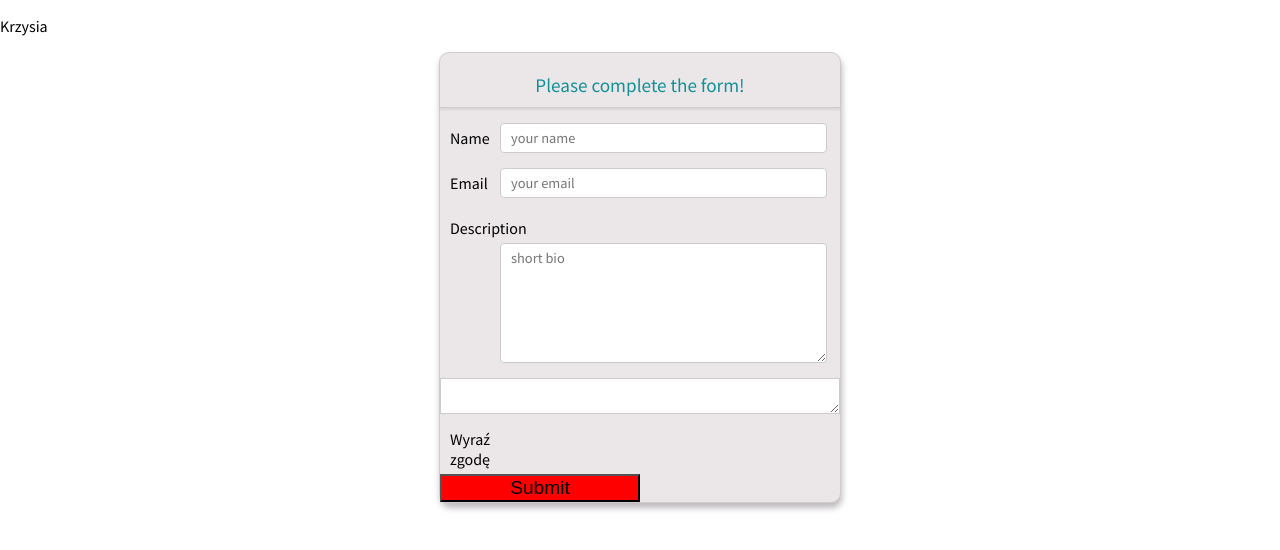
Repository: KrzysKolo/sr_tydzien4_zad2
Page: /
These files come from the project's save history. The page is drawn as it stood at one moment and after a run of saves; the edit follows.
The browser window is 1280 px wide. The pictures show the whole page.
The project was rebuilt for these pictures with package versions that can differ from the ones it lists, and the page was loaded fresh each time. Also part of the build but not shown: src/components/formComponents/ErrorMessage.js, src/components/formComponents/Message.js.

Above is the page before, as saved 2020-11-27 20:51:22.

### src/index.css
@import url("https://fonts.googleapis.com/css?family=Source+Sans+Pro");
body {
  margin: 0;
  font-family: "Source Sans Pro", sans-serif;
}

code {
  font-family: source-code-pro, Menlo, Monaco, Consolas, "Courier New",
    monospace;
}

### src/App.js
import React from 'react'
import Form from './components/Form';

function App() {
  return (
    <div>
      <p>Krzysia</p>
      <Form />
    </div>
  )
}

export default App

### src/components/Form.js
import React, { Component } from 'react';
import Input from './formComponents/Input';
import TextArea from './formComponents/TextArea';
import Checkbox from './formComponents/Checkbox';
import Button from './formComponents/Button';
import Header from './formComponents/Header';
import Message from './formComponents/Message';
import styled from 'styled-components';

const ContainerForm = styled.form`
width: 80%;
max-width: 400px;
background: rgb(235, 231, 232);
border: 1px solid rgb(206, 204, 204);
border-radius: 10px;
box-shadow: 1px 5px 6px rgb(189, 185, 189);
margin: 0 auto;
`;

class Form extends Component {

state = {
    Name: '',
    Email: '',
    Description: '',
    accept: false,
    message: '',
    errors: {
        Name: false,
        Email: false,
        Description: false,
        accept: false,
        }
}
message = {
    Name_incorrect: "Nazwa musi być dłuższa niż 5 znaków i nie może zawierać spacji",
    Email_incorrect: "Brak @ lub adres zawiera spacje",
    Description_incorrect: "Opis musi zawierać co najmniej 3 znaki",
    accept_incorrect: "Nie potwierdziłeś regulaminu",
}

handleChange = e =>{
    const inputName = e.target.name;
    const type = e.target.type
    if(type === "text" || type === "email" ) {
        const value = e.target.value;
        this.setState({
            [inputName] : value,
        })
    } else if (type === "checkbox") {
      const checked = e.target.checked;
      console.log(checked);
      this.setState({
        [inputName]: checked,
      })
    }
}
onSubmit = e => {
    e.preventDefault();
    const validation = this.formValidation();
    if(validation.correct) {
      this.setState({
        Name: "",
        Email: "",
        Description: '',
        accept: false,
        message: "The form has been submitted!",
        errors: {
          Name: false,
          Email: false,
          Description: false,
          accept: false,
        }
      })
      console.log(this.state.message);
    } else {
      this.setState({
        errors: {
          Name: !validation.Name,
          Email: !validation.Email,
          Description: !validation.Description,
        }
      })
    }
}

formValidation = () => {
    let Name = false;
    let Email = false;
    let Description = false;
    let accept = false;
    let correct = false;
    if(this.state.Name.length > 5) {
      Name = true;
    }
    if(this.state.Email.indexOf('@') !== -1 && this.state.Email.lastIndexOf(' ') === -1) {
      Email = true;
    }
    if(this.state.Description.length >= 3) {
      Description = true;
    }
    if(this.state.accept) {
      accept = true;
    }
    if (Name && Email && Description && accept){
        correct = true;
      }
   return ({
      Name,
      Email,
      Description,
      correct,

    })

  }

    render () {

    return (
        <ContainerForm onSubmit={this.onSubmit} noValidate>
          <Header />
          <Input type="text" placeholder="your name" value={this.state.Name} name="Name" onChange={this.handleChange} errorInfo={this.state.errors.Name} message={this.message.Name_incorrect} />
          <Input type="email" placeholder="your email" value={this.state.Email} name="Email" onChange={this.handleChange} errorInfo={this.state.errors.Email} message={this.message.Email_incorrect} />
          <TextArea  type="text" rows="6" placeholder="short bio" value={this.state.Description} name="Description" onChange={this.handleChange} errorInfo={this.state.errors.Description} message={this.message.Description_incorrect} />
          <Checkbox  type="checkbox" name="accept" checked={this.state.accept}  onChange={this.handleChange} errorInfo={this.state.errors.accept} message={this.message.accept_incorrect} />
          <Button type="submit" />
          {this.state.message && <Message message={this.state.message} /> }
        </ContainerForm>
    )
    }
}

export default Form

### src/components/formComponents/Input.js
import React from 'react'
import styled from 'styled-components';
import ErrorMessage from './ErrorMessage';
const InputDiv = styled.div`
    display: flex;
    flex-direction: row;
    align-content: center;
    margin: 0 auto;
    padding-top: 5px;

`;
const InputLabel = styled.label`
    width: 10%;
    font-size: 1rem;
    padding: 5px 10px;
`;
const inputStyles = errorInfo => `
    width: 80%;
    max-width: 305px;
    padding: 5px 10px;
    border: 1px solid ${errorInfo ? '#d3170d' : '#ccc'};
    border-radius: 4px;
    font-family: inherit;
    font-size: 0.9rem;
    ${!errorInfo && 'margin-bottom: 10px;'}
`;
const InputError = styled.input`
    ${props => inputStyles(props.errorInfo)}
`;

const TextArea = (props) => {
    const { name, message, errorInfo }= props;
    return (
        <>
            <InputDiv>
                <InputLabel htmlFor={name} >{name} </InputLabel>
                <InputError id={name} {...props} errorInfo={errorInfo} message={message}/>
            </InputDiv>
            {errorInfo && <ErrorMessage message={message} /> }
        </>
    )

}

export default TextArea;

### src/components/formComponents/TextArea.js
import React from 'react'
import styled from 'styled-components';
import ErrorMessage from './ErrorMessage';

const TextAreaDiv = styled.div`
    display: flex;
    flex-direction: column;
    align-content: center;
    margin: 0 auto;
    padding-top: 5px;

`;
const TextAreaLabel = styled.label`
    width: 10%;
    font-size: 1rem;
    padding: 5px 10px;
`;
const textAreaStyles = errorInfo => `
    width: 80%;
    max-width: 305px;
    margin: 0 auto 0 15%;
    padding: 5px 10px;
    border: 1px solid ${errorInfo ? '#d3170d' : '#ccc'};
    border-radius: 4px;
    font-family: inherit;
    font-size: 0.9rem;
    ${!errorInfo && 'margin-bottom: 10px;'}
`;
const TextAreaError = styled.textarea`
    ${props => textAreaStyles(props.errorInfo)}
`;

const Input = (props) => {
    const { name, message, errorInfo }= props;
    return (
        <>
            <TextAreaDiv>
                <TextAreaLabel htmlFor={name}>{name} </TextAreaLabel>
                <TextAreaError id={name} {...props} errorInfo={errorInfo} message={message}/>
            </TextAreaDiv>
            {errorInfo && <ErrorMessage message={message} /> }
        </>
    )

}

export default Input;

### src/components/formComponents/Checkbox.js
import React from 'react'
import styled from 'styled-components';
import ErrorMessage from './ErrorMessage';

const CheckboxDiv = styled.div`
    display: flex;
    flex-direction: column;
    align-content: center;
    margin: 0 auto;
    padding-top: 5px;

`;
const CheckboxDivLabel = styled.label`
    width: 10%;
    font-size: 1rem;
    padding: 5px 10px;
`;
const checkboxDivStyles = errorInfo => `
    border: 1px solid ${errorInfo ? '#d3170d' : '#ccc'};
    ${!errorInfo && 'margin-bottom: 10px;'}
`;
const CheckboxDivError = styled.textarea`
    ${props => checkboxDivStyles(props.errorInfo)}
`;

const Checkbox = (props) => {
    const { name, message, errorInfo }= props;
    return (
        <>
            <CheckboxDiv>
                <CheckboxDivError id={name} {...props} errorInfo={errorInfo} message={message}/>
                <CheckboxDivLabel htmlFor={name}>Wyraź zgodę </CheckboxDivLabel>
            </CheckboxDiv>
            {errorInfo && <ErrorMessage message={message} /> }
        </>
    )

}

export default Checkbox;

### src/components/formComponents/Button.js
import React from 'react'
import styled from 'styled-components';

const BtnSubmit = styled.button`
 width: 200px;
 background: red;
 font-size: 1.2rem;
`;

const Button = () => {
    return (
        <BtnSubmit>Submit</BtnSubmit>
    )
}

export default Button;

### src/components/formComponents/Header.js
import React from 'react';
import styled from 'styled-components';

const HeaderTitle = styled.header`
    border-bottom: 1px solid rgb(206, 204, 204);
    box-shadow: 0 2px 2px rgba(189, 185, 189, 0.4);
    color: rgb(19, 144, 150);
    font-size: 1.2rem;
    font-wight: 900;
    padding: 10px;
    margin: 10px auto;
    text-align: center;

`;

const Header = () => {
    return (
        <HeaderTitle>
            Please complete the form!
        </HeaderTitle>
    )
}

export default Header;

Loaded but not shown: public/index.html (common file); src/index.js (common file)

After the next 2 saves:
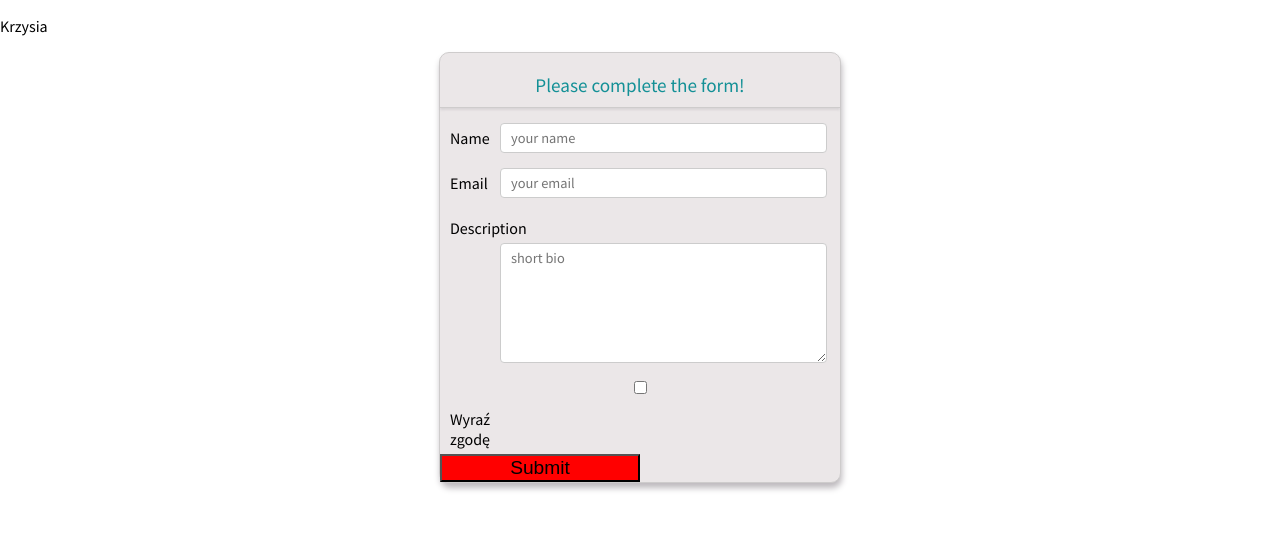
The 2 saves are shown as one change because 1 did not build or start.
The last was saved 65 s later.
--- a/src/components/formComponents/Checkbox.js
+++ b/src/components/formComponents/Checkbox.js
@@ -19,7 +19,7 @@ const checkboxDivStyles = errorInfo => `
     border: 1px solid ${errorInfo ? '#d3170d' : '#ccc'};
     ${!errorInfo && 'margin-bottom: 10px;'}
 `;
-const CheckboxDivError = styled.textarea`
+const CheckboxDivError = styled.input`
     ${props => checkboxDivStyles(props.errorInfo)}
 `;
 
